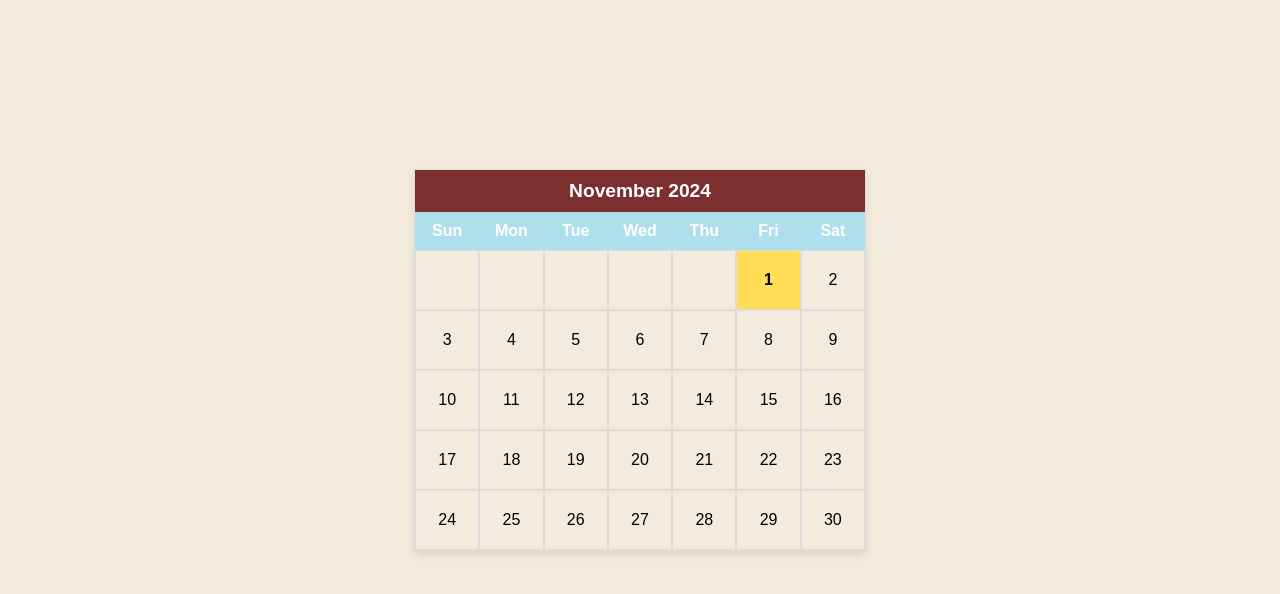
Repository: carrascokarencb37-afk/Nuura
Page: html/calendario.html
An editor plug-in stored every save of this project. The page is shown before and after the next save, followed by the edit.
The browser window is 1280 px wide. The pictures show the whole page.

Above is the page before, as saved 2026-05-28 23:29:16.

After the next save:
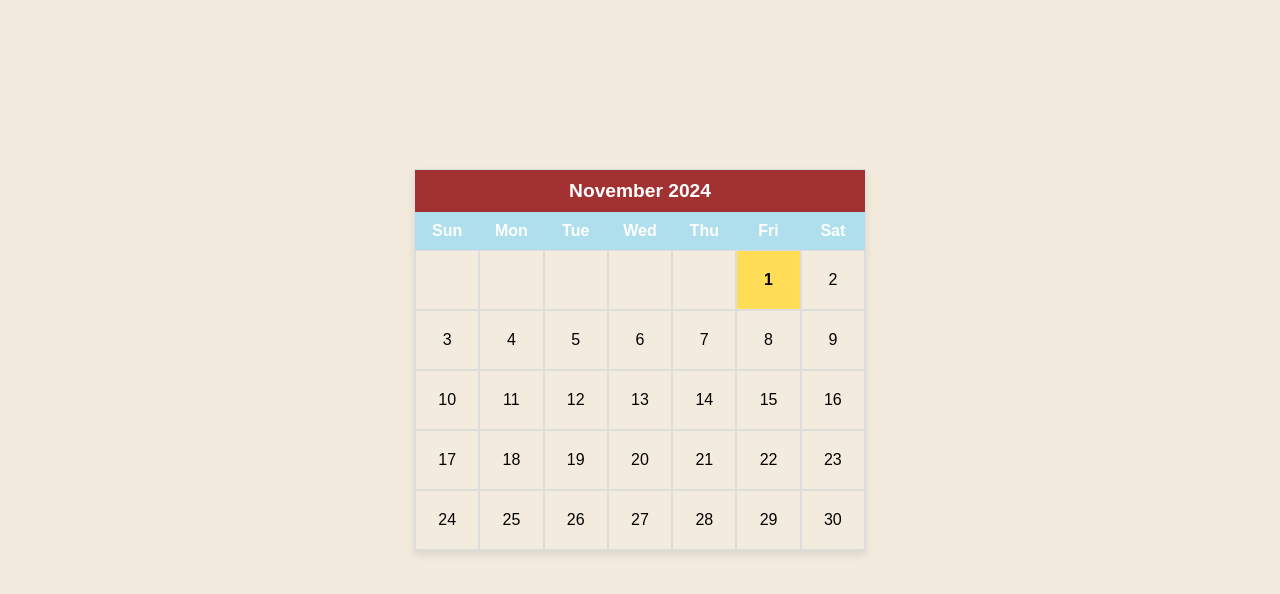
Saved 8 s later.
--- a/css/cale.css
+++ b/css/cale.css
@@ -20,7 +20,7 @@
         /* Calendar header styling */
         .calendar-header {
             text-align: center;
-            background-color: #752525f1;
+            background-color: #9e2828f1;
             color: white;
             padding: 10px;
             font-size: 1.2em;
